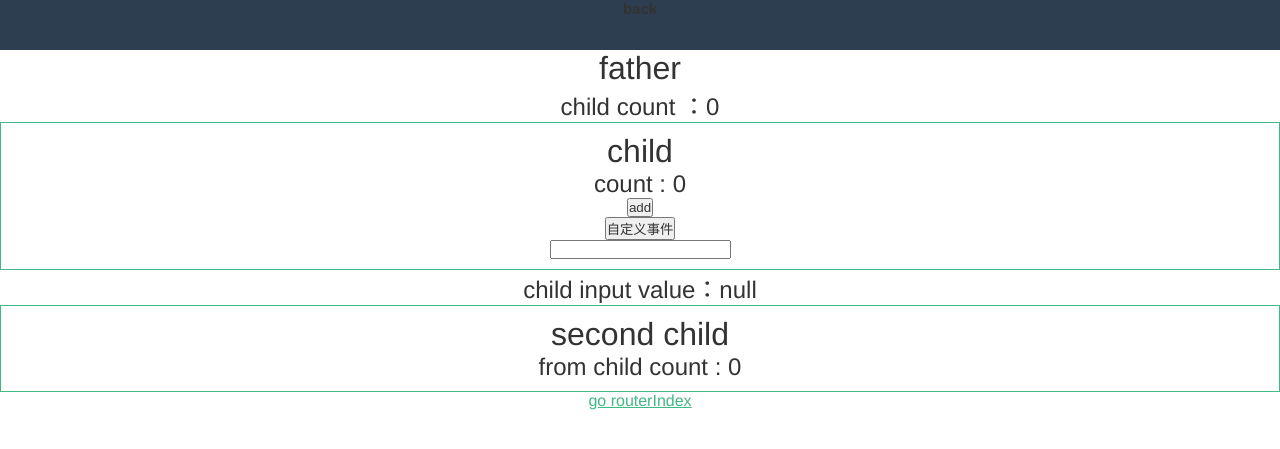
Repository: NotTooTwo/vueRouter
Page: /#/
An editor plug-in stored every save of this project. The page is shown before and after the next save, followed by the edit.
The browser window is 1280 px wide. The pictures show the whole page.
The project was rebuilt for these pictures with package versions that can differ from the ones it lists, and the page was loaded fresh each time. Also part of the build but not shown: src/components/routerTest/routerIndex.vue.

Above is the page before, as saved 2018-03-13 15:18:40.

### src/App.vue
<template>
  <div id="app">
    <div class="back"><span>back</span></div>
    <router-view/>
  </div>
</template>

<script>
export default {
  name: 'App'
}
</script>

<style>
*{
  padding: 0;
  margin: 0;
  color: #333;
  box-sizing: border-box;
}
#app {
  font-family: 'Avenir', Helvetica, Arial, sans-serif;
  -webkit-font-smoothing: antialiased;
  -moz-osx-font-smoothing: grayscale;
  text-align: center;
  color: #2c3e50;
}
.back{
  height: 50px;
  background: #2c3e50;
  width: 100%;
  color: #fff;
  font-size: 15px;
  font-weight: bold;
  padding:
}
</style>

### src/router/index.js
import Vue from 'vue'
import Router from 'vue-router'
import HelloWorld from '@/components/test/HelloWorld'
import RouterIndex from '@/components/routerTest/routerIndex'

Vue.use(Router)

export default new Router({
  routes: [
    {
      path: '/',
      name: 'HelloWorld',
      component: HelloWorld
    },
    {
      path: '/routerIndex',
      name: 'RouterIndex',
      component: RouterIndex
    }
  ]
})

### src/components/test/HelloWorld.vue
<template>
  <div class="hello">
    <h1>father</h1>
    <h2>child count ：{{childNum}}</h2>
    <!-- 子组件给父组件传参：子组件内(add()函数)$emit触发父组件的预定义的触发函数 -->
    <Child :countNum=childNum v-on:childCount="countChildNum"></Child>
    <h2>child input value：{{msg||'null'}}</h2>
    <second-child :countNum=childNum></second-child>
    <router-link to='/routerIndex'>go routerIndex</router-link>
  </div>
</template>

<script>
import Child from './child'
import SecondChild from './secondChild'

export default {
  name: 'HelloWorld',
  data () {
    return {
      msg: '',
      childNum:0
    }
  },
methods:{
  countChildNum(num){
      this.childNum = num;
  }
},
mounted(){
  console.log(this.$events)
},
components:{
    Child,
    'second-child':SecondChild
  }
}
</script>

<!-- Add "scoped" attribute to limit CSS to this component only -->
<style scoped>
h1, h2 {
  font-weight: normal;
}
ul {
  list-style-type: none;
  padding: 0;
}
li {
  display: inline-block;
  margin: 0 10px;
}
a {
  color: #42b983;
}
</style>

### src/components/test/child.vue
<template>
  <div class="child">
    <h1>child</h1>
    <h2>count : {{count}}</h2>
    <button @click='add'>add</button>
    <div>
      <button @click='sendMsg'>自定义事件</button>
    </div>
    <div>
      <input type="text" v-model="childVal">
    </div>
  </div>
</template>

<script>
import bus from '../../assets/bus.js'
export default {
  name: 'child',
  data () {
    return {
      msg: 'Welcome to Your Vue.js App',
      count: 0,
      childVal:''
    }
  },
  props:[
    'countNum'
  ],
  created(){
    this.count=this.countNum;
  },
  watch:{
      'childVal'(val,old){
          this.$parent.msg = val
      }
  },
  methods:{
    add(){
      ++this.count;
      this.$emit('childCount',this.count)
      bus.$emit('childCount',this.count)
    },
    sendMsg(){
      // console.log(this.$parent.msg)
      // this.$set(this.$parent,'msg',this.childVal)
      // this.$parent.msg = this.childVal;
      // this.$dispatch('childrenClick');
    }
  }
}
</script>

<!-- Add "scoped" attribute to limit CSS to this component only -->
<style scoped>
h1, h2 {
  font-weight: normal;
}
ul {
  list-style-type: none;
  padding: 0;
}
li {
  display: inline-block;
  margin: 0 10px;
}
a {
  color: #42b983;
}
.child{
  padding: 10px;
  border: 1px solid #42b983;

}
</style>

### src/components/test/secondChild.vue
<template>
  <div class="child">
    <h1>second child</h1>
    <h2>from child count : {{count}}</h2>
  </div>
</template>

<script>
import bus from '../../assets/bus.js'

export default {
  name: 'secondChild',
  data () {
    return {
      msg: 'Welcome to Your Vue.js App',
      count: 0,
    }
  },
  props:[
    'countNum'
  ],
  created(){
    var _this= this;
    _this.count=_this.countNum;
    bus.$on("childCount",function (msg) {
                    _this.count=msg;
                })
  },
  watch:{
      'childVal'(val,old){
          this.$parent.msg = val
      }
  },
  methods:{
    add(){
      ++this.count;
      this.$emit('childCount',this.count)
    },
    sendMsg(){
      // console.log(this.$parent.msg)
      // this.$set(this.$parent,'msg',this.childVal)
      // this.$parent.msg = this.childVal;
      this.$dispatch('childrenClick');
    }
  }
}
</script>

<!-- Add "scoped" attribute to limit CSS to this component only -->
<style scoped>
h1, h2 {
  font-weight: normal;
}
ul {
  list-style-type: none;
  padding: 0;
}
li {
  display: inline-block;
  margin: 0 10px;
}
a {
  color: #42b983;
}
.child{
  padding: 10px;
  border: 1px solid #42b983;

}
</style>

Loaded but not shown: index.html (common file); src/main.js (common file); src/assets/bus.js (common file)

After the next save:
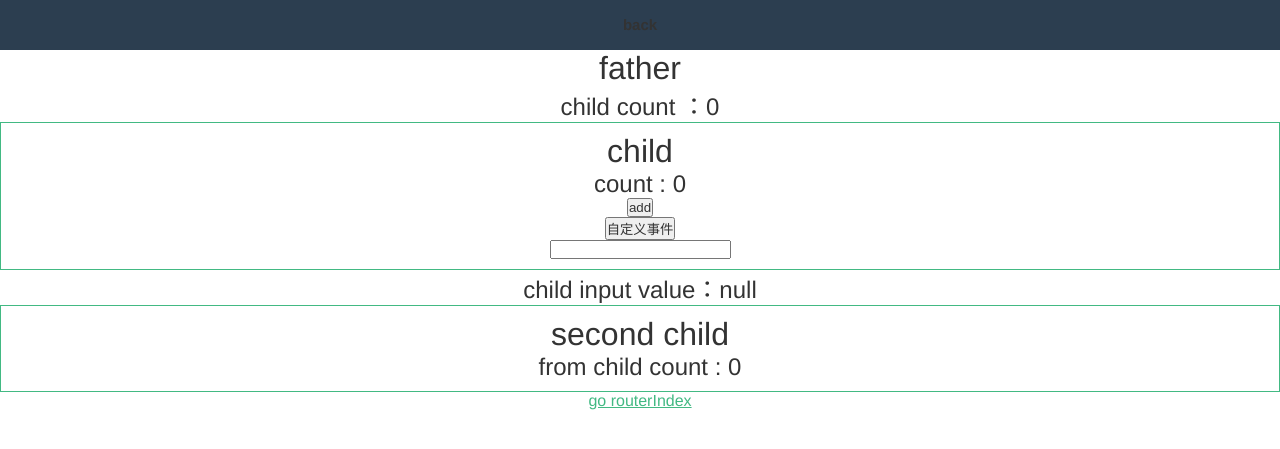
Saved 9 s later.
--- a/src/App.vue
+++ b/src/App.vue
@@ -27,6 +27,7 @@ export default {
 }
 .back{
   height: 50px;
+  line-height: 50px;
   background: #2c3e50;
   width: 100%;
   color: #fff;
